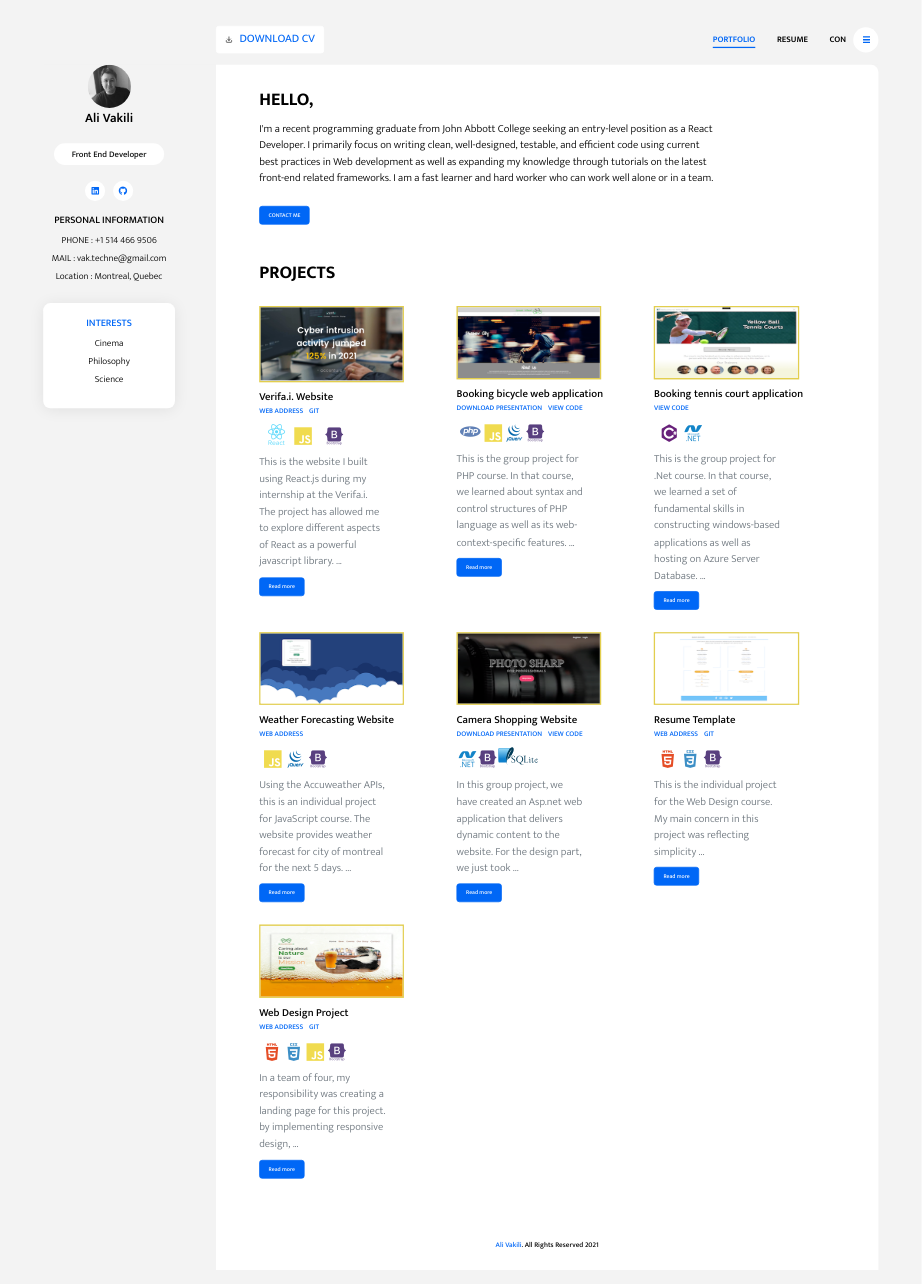
Repository: Ali-VB/portfolio_static
Page: index.html
These files come from the project's save history. The page is drawn as it stood at one moment and after the next save; the edit follows.
The browser window is 1280 px wide. The pictures show the whole page, at 72% of full size.
Some web libraries are served in a nearby version.

Above is the page before, as saved 2022-05-11 21:54:54.

After the next save:
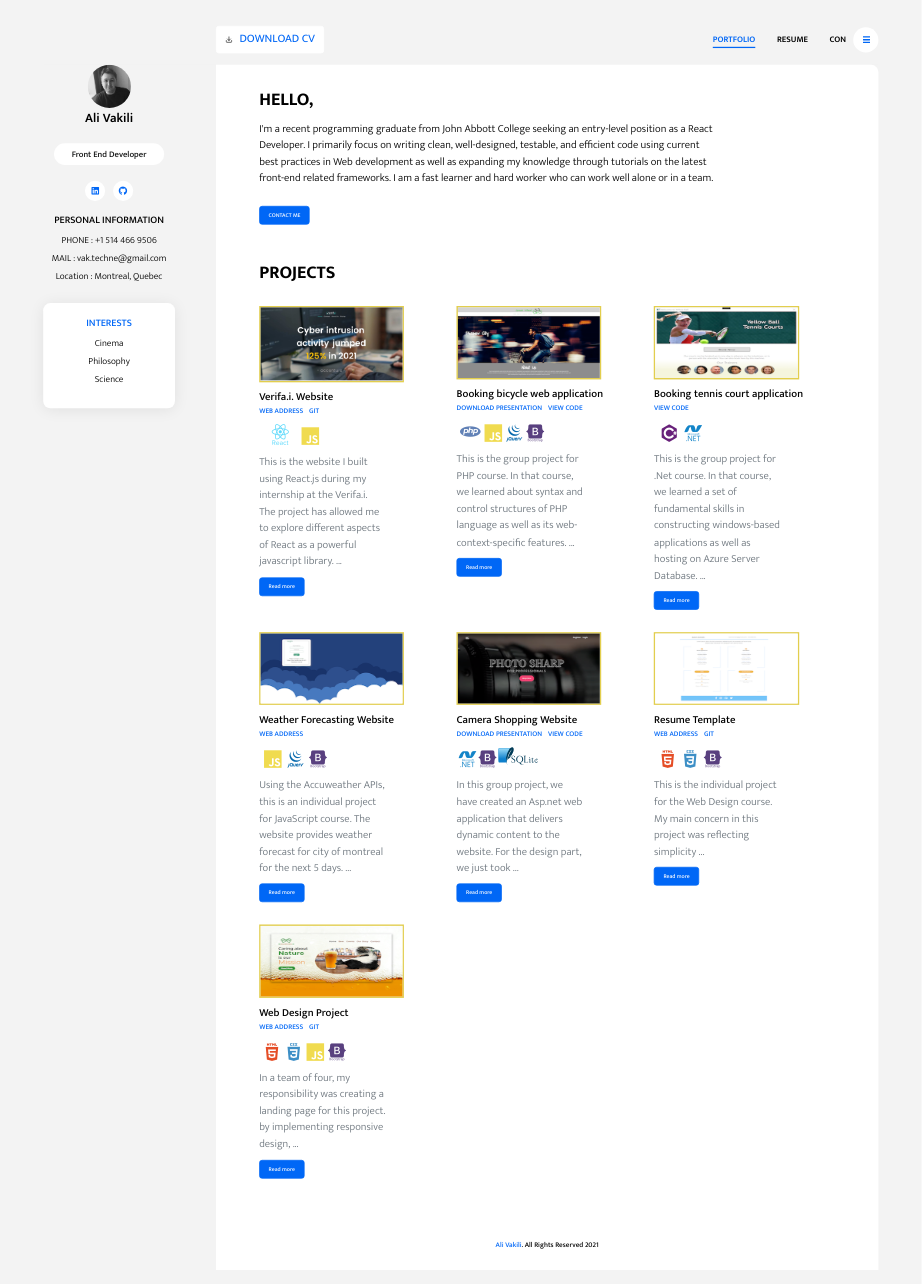
Saved 9 s later.
--- a/index.html
+++ b/index.html
@@ -127,7 +127,7 @@
                             <div class="client-logo"><i style="font-size: 25px;"
                                     class=" "></i></div>
                             <div class="client-logo"><i style="font-size: 25px;"
-                                    class="devicon-bootstrap-plain-wordmark colored "></i></div>
+                                    class=" "></i></div>
                         </div>
 
                         <p style="width: 70%;" class="font-weight-light mt-0 mb-0 text-muted">This is the website I
